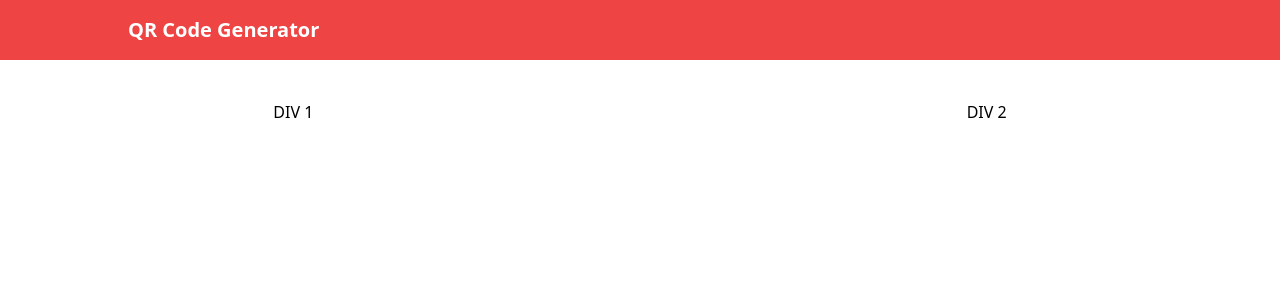
Repository: Ellisvelandia/QR-generator
Page: index.html
The author's editor kept a copy of each file at every save. The page is drawn from the files as they stood at one save, then again after a run of saves.
The browser window is 1280 px wide. The pictures show the whole page.
Some web libraries are served in a nearby version.

Above is the page before, as saved 2022-08-21 20:45:05.

After the next 2 saves:
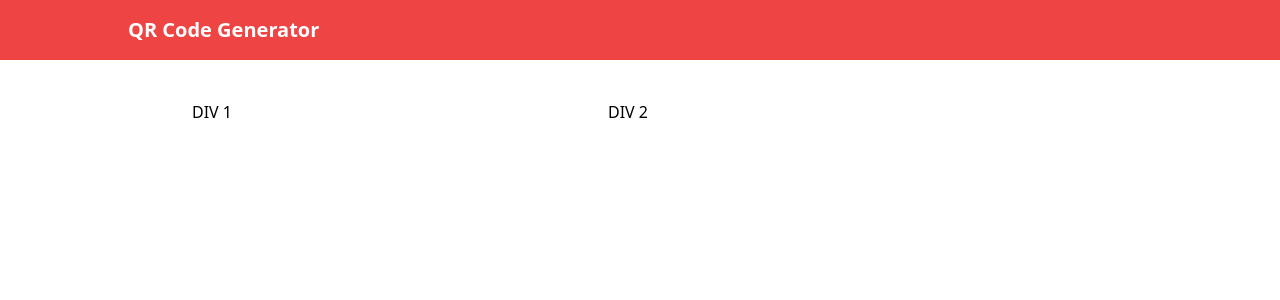
The 2 saves are shown as one change because they came seconds apart.
The last was saved 6 s later.
--- a/index.html
+++ b/index.html
@@ -38,7 +38,7 @@
         class="flex flex-col-reverse align-center justify-center m-auto md:max-w-4xl md:flex-row"
       >
         <div class="w-full md:w-2/3 mr-24">DIV 1</div>
-        <div class>DIV 2</div>
+        <div class="w-full md:">DIV 2</div>
       </div>
     </main>
   </body>
